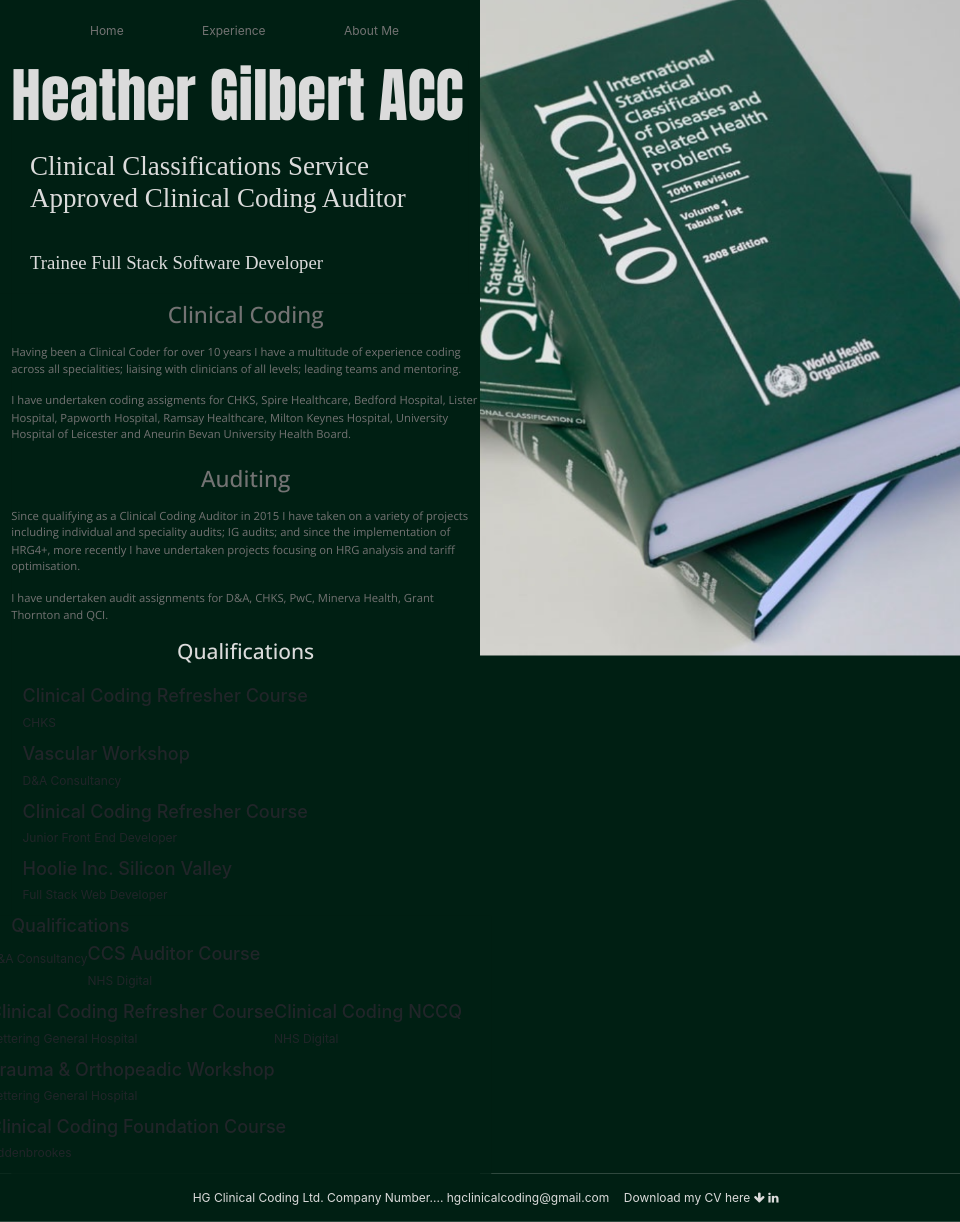
Repository: Code-Institute-Submissions/fsd-ms-project1-resume
Page: resume.html
The author's editor kept a record of every edit. The page is drawn from the files as they stood at one moment, then again after the next edit.
The browser window is 1280 px wide. The pictures show the whole page, at 75% of full size.
Some web fonts or font styles are not loaded; a fallback is used.

Above is the page before.

After the next edit:
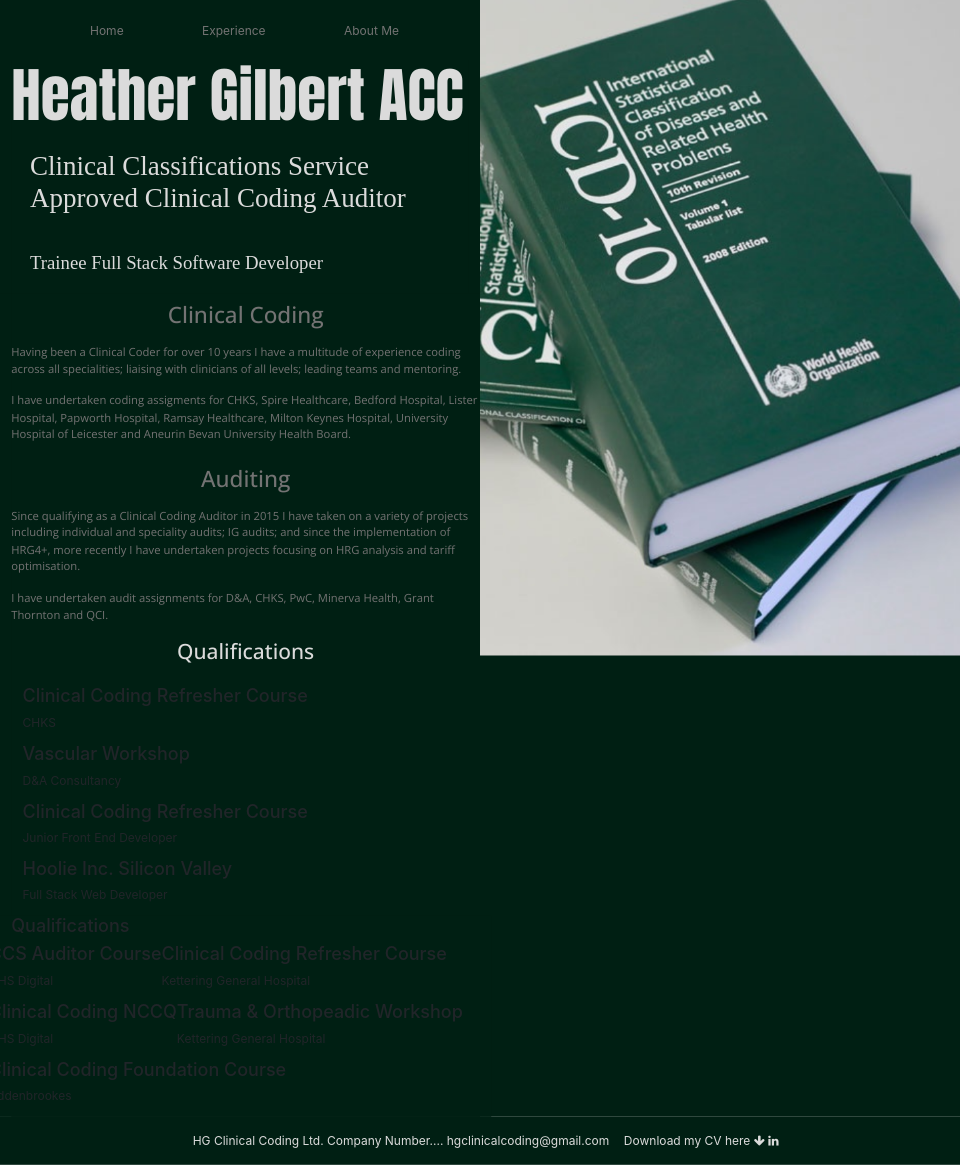
The edit:
--- a/resume.html
+++ b/resume.html
@@ -91,7 +91,7 @@
 
                         <div class="timeline" data-dates="April 2016">
                             <h4></h4>
-                            <p>D&A Consultancy</p>
+                            <p></p>
                         </div>
                         <div class="timeline" data-dates="June 2015">
                             <h4>CCS Auditor Course</h4>
